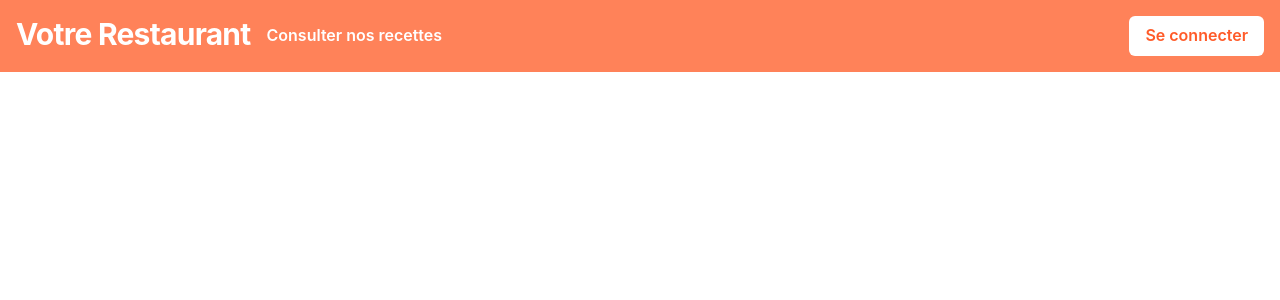
Repository: Ecaron76/tp-restau-next
Page: /
An editor plug-in stored every save of this project. The page is shown before and after the next save, followed by the edit.
The browser window is 1280 px wide. The pictures show the whole page.
The project was rebuilt for these pictures with package versions that can differ from the ones it lists, and the page was loaded fresh each time. The framework's server and built-in components were replaced by stand-ins that run in the browser. Also part of the build but not shown: next.config.mjs.

Above is the page before, as saved 2024-02-25 18:10:32.

After the next save:
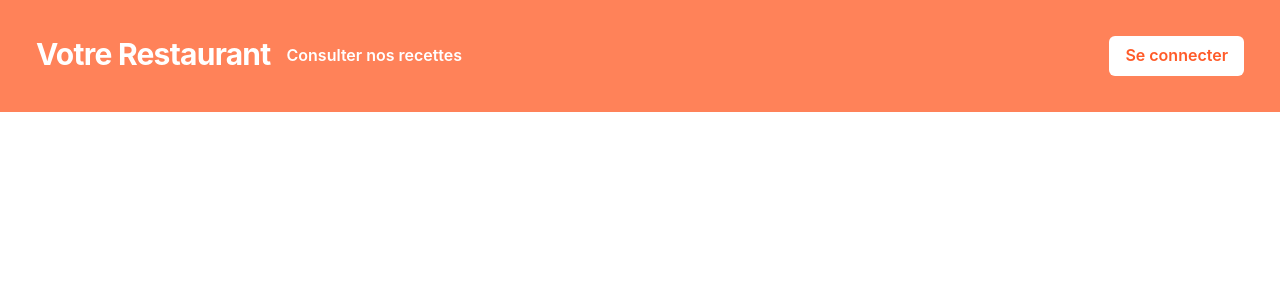
Saved 27 s later.
--- a/src/components/Header/Header.tsx
+++ b/src/components/Header/Header.tsx
@@ -4,7 +4,7 @@ import NextLink from 'next/link'; // Pour gérer la navigation entre les pages
 const Header = () => {
   return (
     <Box bg="brand.300" p={4} color="white">
-      <Flex alignItems="center" maxW="100%"  justifyContent='space-between'>
+      <Flex alignItems="center" maxW="100%" margin={'20px'} justifyContent='space-between'>
         {/* Logo ou Nom du restaurant */}
         <Box display={'flex'}>
         <Heading as="h1" size="lg" letterSpacing="tight">
